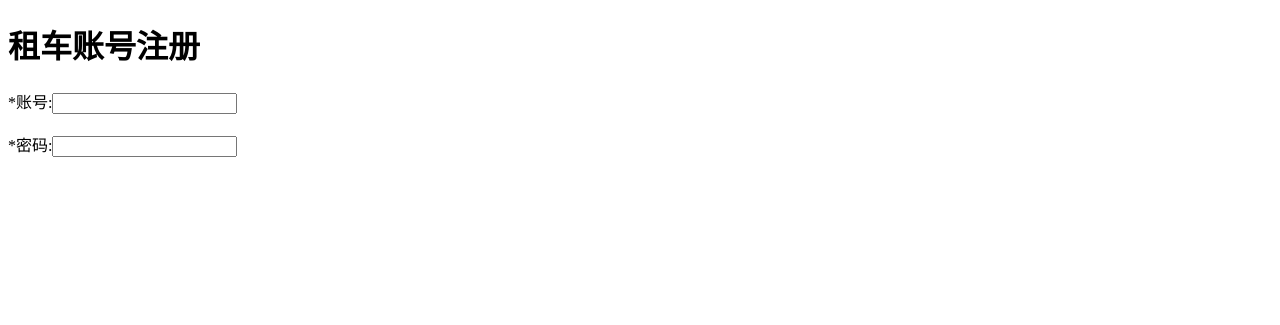
Repository: JasonYan2015/FE-learning-examples
Page: http://localhost/test20160729/register.jsp
The author's editor kept a copy of each file at every save. The page is drawn from the files as they stood at one save, then again after the next save.
The browser window is 1280 px wide. The pictures show the whole page.
The page is served by Tomcat 9. Other server files are loaded and not shown.

Above is the page before, as saved 2016-07-29 03:43:31.

### eclipse/test20160729/WebContent/register.jsp
<%@ page language="java" contentType="text/html; charset=UTF-8"
    pageEncoding="UTF-8"%>
<!DOCTYPE html PUBLIC "-//W3C//DTD HTML 4.01 Transitional//EN" "http://www.w3.org/TR/html4/loose.dtd">
<html>
<head>
<meta http-equiv="Content-Type" content="text/html; charset=UTF-8">
<title>Insert title here</title>
</head>
<body>
	<h1>租车账号注册</h1>
	*账号:<input type="text" name="id"><br><br>
	*密码:<input >
</body>
</html>

After the next save:
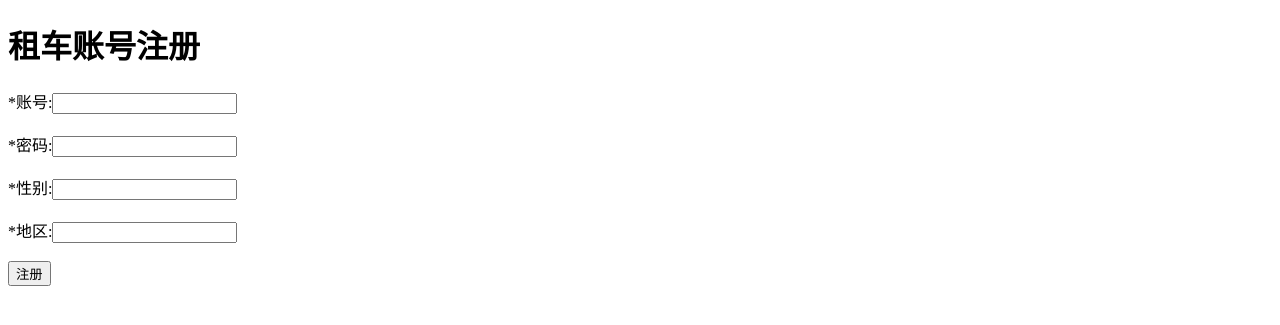
Saved 2 min 19 s later.
--- a/eclipse/test20160729/WebContent/register.jsp
+++ b/eclipse/test20160729/WebContent/register.jsp
@@ -8,7 +8,12 @@
 </head>
 <body>
 	<h1>租车账号注册</h1>
-	*账号:<input type="text" name="id"><br><br>
-	*密码:<input >
+	<form action="user" method="post">
+		*账号:<input type="text" name="id"><br><br>
+		*密码:<input type="text" name="pw"><br><br>
+		*性别:<input type="text" name="sex"><br><br>
+		*地区:<input type="text" name="pv"><br><br>
+		<input type="submit" value="注册">
+	</form>
 </body>
 </html>
